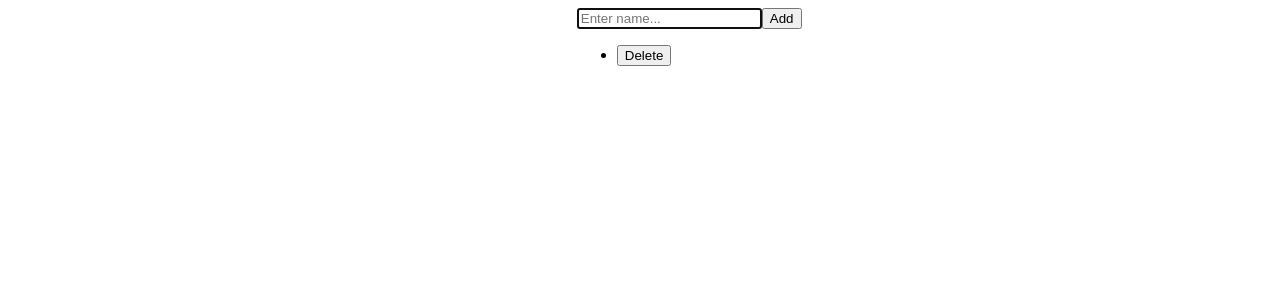
Repository: dohuuxuyen/redux-todolist
Page: /, after clicking the first element matching `button`
The author's editor kept a copy of each file at every save. The page is drawn from the files as they stood at one save, then again after the next save.
The browser window is 1280 px wide. The pictures show the whole page.
The project was rebuilt for these pictures with package versions that can differ from the ones it lists, and the page was loaded fresh each time. Also part of the build but not shown: src/App.css.

Above is the page before, as saved 2022-04-30 13:55:14.

After the next save:
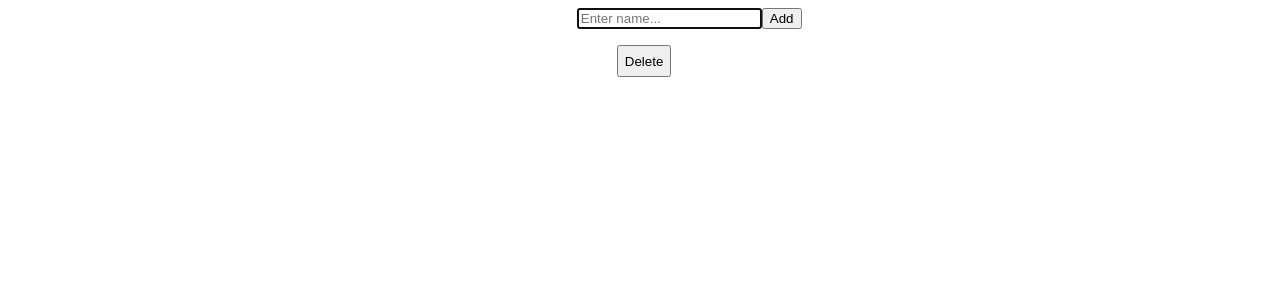
Saved 15 s later.
--- a/src/components/Todos/Todos.jsx
+++ b/src/components/Todos/Todos.jsx
@@ -36,7 +36,7 @@ const Todos = () => {
       <button onClick={handleAdd}>Add</button>
       <ul>
         {todos.map((todo, index) => (
-          <li key={index}>
+          <li style={{ display: "flex" }} key={index}>
             <p>{todo}</p>
             <button style={{}} onClick={() => handleDelete(index)}>
               Delete
